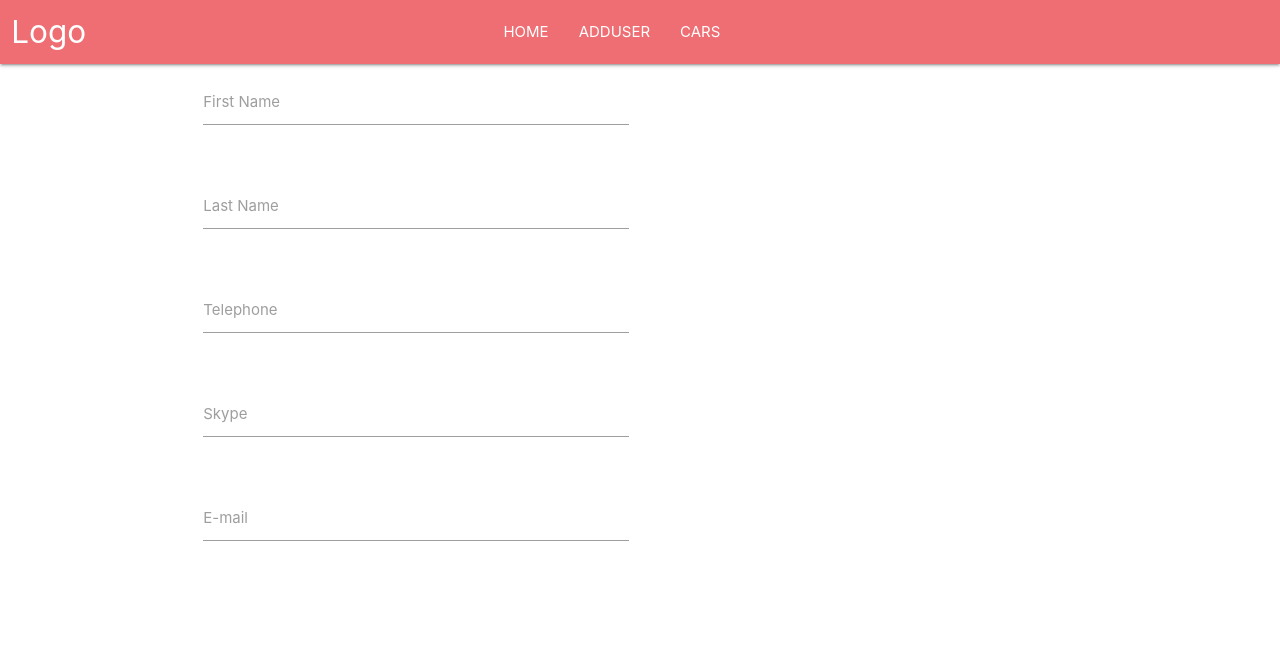
Repository: JenyaIII-sudo/Cars
Page: /Add
These files come from the project's save history. The page is drawn as it stood at one moment and after the next save; the edit follows.
The browser window is 1280 px wide. The pictures show the whole page.
The project was rebuilt for these pictures with package versions that can differ from the ones it lists, and the page was loaded fresh each time. Also part of the build but not shown: src/App.css, src/Components/Home.js. Imported but missing from the stored project, and not drawn on this page: src/Components/Cars.

Above is the page before, as saved 2019-11-24 17:19:58.

### public/index.html
<!DOCTYPE html>
<html lang="en">
  <head>
    <meta charset="utf-8" />
    <link rel="icon" href="%PUBLIC_URL%/favicon.ico" />
    <meta name="viewport" content="width=device-width, initial-scale=1" />
    <meta name="theme-color" content="#000000" />
    <meta
      name="description"
      content="Web site created using create-react-app"
    />
    <link rel="apple-touch-icon" href="logo192.png" />

    <link rel="manifest" href="%PUBLIC_URL%/manifest.json" />
    <link
      rel="stylesheet"
      href="https://cdnjs.cloudflare.com/ajax/libs/materialize/1.0.0/css/materialize.min.css"
    />
    <link
      href="https://fonts.googleapis.com/icon?family=Material+Icons"
      rel="stylesheet"
    />
    <title>React App</title>
  </head>
  <body>
    <noscript>You need to enable JavaScript to run this app.</noscript>
    <div id="root"></div>
    <!-- <script src="https://cdnjs.cloudflare.com/ajax/libs/materialize/1.0.0/js/materialize.min.js"></script> -->
  </body>
</html>

### src/App.js
import React, { useState } from "react";
import "./App.css";
import NavBar from "./Components/NavBar";
import { BrowserRouter as Router, Route } from "react-router-dom";
import Cars from "./Components/Cars";
import Home from "./Components/Home";
import AddUser from "./Components/AddUser";

const App = () => {
  const [data, setData] = useState([]);

  const addUser = data => {
    data.id = Date.now();
    setData([...data, data]);
  };

  console.log("DATA", data);

  return (
    <Router>
      <div className="row container-fluid">
        <NavBar />
        <Route path="/Home" component={Home} />
        <Route
          path="/Add"
          render={props => <AddUser {...props} addUser={addUser} data={data} />}
        />
        <Route path="/Cars" component={Cars} />
      </div>
    </Router>
  );
};

export default App;

### src/Components/NavBar.js
import React from "react";
import { Link } from "react-router-dom";

const NavBar = () => {
  return (
    <nav>
      <div className="nav-wrapper col s7">
        <a href="#" className="brand-logo">
          Logo
        </a>
        <ul id="nav-mobile" className="right hide-on-med-and-down">
          <li>
            <Link to="/Home">HOME</Link>
          </li>
          <li>
            <Link to="/Add">ADDUSER</Link>
          </li>
          <li>
            <Link to="/Cars">CARS</Link>
          </li>
        </ul>
      </div>
    </nav>
  );
};

export default NavBar;

### src/Components/AddUser.js
import React, { useState } from "react";

const AddUser = props => {
  const [data, setData] = useState([]);

  const handleChangeInput = event => {
    setData({ ...data, [event.target.name]: event.target.value });
    console.log(data);
  };

  const handleSubmit = event => {
    event.preventDefault();
    // if (!data.name) return;
    // props.addUser(data);
    // setData(data);
    console.log("submit");
  };

  return (
    <div className="container">
      <form onSubmit={handleSubmit} className="col s6">
        <div className="row">
          <div className="input-field col s12">
            <input
              onChange={handleChangeInput}
              type="text"
              className="validate"
              name="First name"
            />
            <label>First Name</label>
          </div>
        </div>
        <div className="row">
          <div className="input-field col s12">
            <input
              onChange={handleChangeInput}
              name="Last name"
              type="tel"
              className="validate"
            />
            <label>Last Name</label>
          </div>
        </div>
        <div className="row">
          <div className="input-field col s12">
            <input
              onChange={handleChangeInput}
              name="Telephone"
              type="tel"
              className="validate"
            />
            <label>Telephone</label>
          </div>
        </div>
        <div className="row">
          <div className="input-field col s12">
            <input
              onChange={handleChangeInput}
              name="Skype"
              type="tel"
              className="validate"
            />
            <label>Skype</label>
          </div>
        </div>
        <div className="row">
          <div className="input-field col s12">
            <input
              onChange={handleChangeInput}
              name="E-mail"
              type="tel"
              className="validate"
            />
            <label>E-mail</label>
          </div>
        </div>
      </form>
    </div>
  );
};

export default AddUser;

Loaded but not shown: src/index.js (common file); src/index.css (common file)

After the next save:
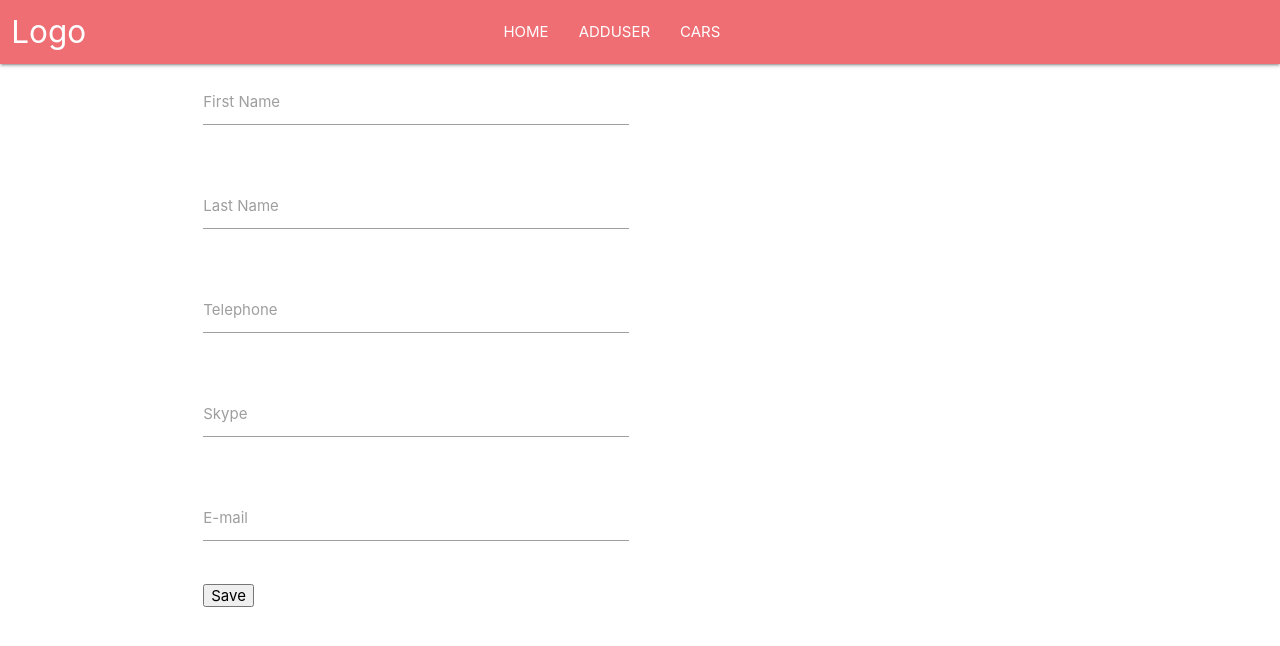
Saved 26 s later.
--- a/src/Components/AddUser.js
+++ b/src/Components/AddUser.js
@@ -74,6 +74,7 @@ const AddUser = props => {
             <label>E-mail</label>
           </div>
         </div>
+        <button type="submit">Save</button>
       </form>
     </div>
   );
